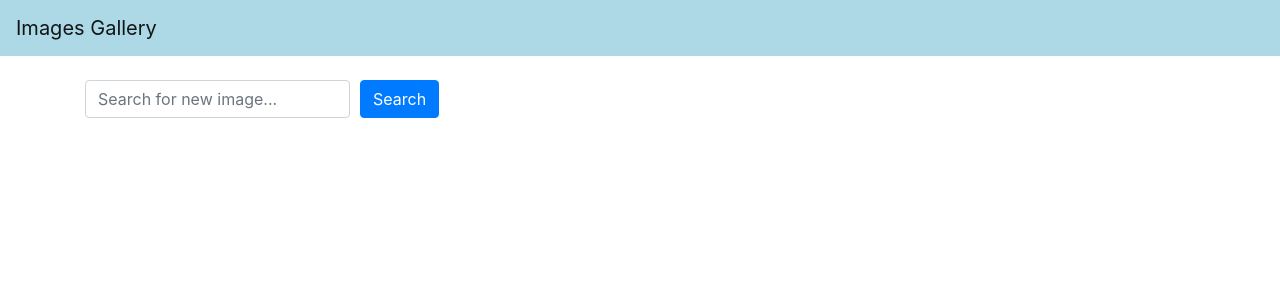
Repository: Zolds403/images-gallery
Page: / (app in frontend/)
The author's editor kept a copy of each file at every save. The page is drawn from the files as they stood at one save, then again after the next save.
The browser window is 1280 px wide. The pictures show the whole page.
The project was rebuilt for these pictures with package versions that can differ from the ones it lists, and the page was loaded fresh each time.

Above is the page before, as saved 2021-06-03 18:45:20.

### frontend/src/index.js
//jshint esversion: 8
import React from 'react';
import ReactDOM from 'react-dom';
import './css/index.css';
import App from './App';
ReactDOM.render(
  <React.StrictMode>
    <App />
  </React.StrictMode>,
  document.getElementById('root')
);

### frontend/src/App.js
//jshint esversion: 8
import 'bootstrap/dist/css/bootstrap.min.css';
import Header from './components/Header';
import Search from './components/Search';

function App() {
  return (
    <div className="App">
     <Header title="Images Gallery"/>
     <Search />
    </div>
  );
}

export default App;

### frontend/src/components/Header.js
//jshint esversion: 8
import React from 'react';
import { Navbar } from 'react-bootstrap';

const navBarStyle = {
    backgroundColor: 'lightblue'
}

const Header = (props) => {
    const { title } = props;
    return(
        <Navbar style={navBarStyle} variant="light">
            <Navbar.Brand href="/">{props.title}</Navbar.Brand>
        </Navbar>
    )
};

export default Header;

### frontend/src/components/Search.js
//jshint esversion: 8
import React from 'react';
import { Container, Row, Col, Form, Button } from 'react-bootstrap';

const Search = () => {
    return (
      <Container className="mt-4">
        <Row className="justify-content">
          <Col xs={12} md={8} lg={6}>
            <Form>
              <Form.Row>
                <Col>
                  <Form.Control placeholder="Search for new image..." />
                </Col>
                <Col>
                  <Button variant="primary" type="submit">Search</Button>
                </Col>
              </Form.Row>
            </Form>
          </Col>
        </Row>
      </Container>
    );
};

export default Search;

Loaded but not shown: frontend/public/index.html (common file); frontend/src/css/index.css (common file)

After the next save:
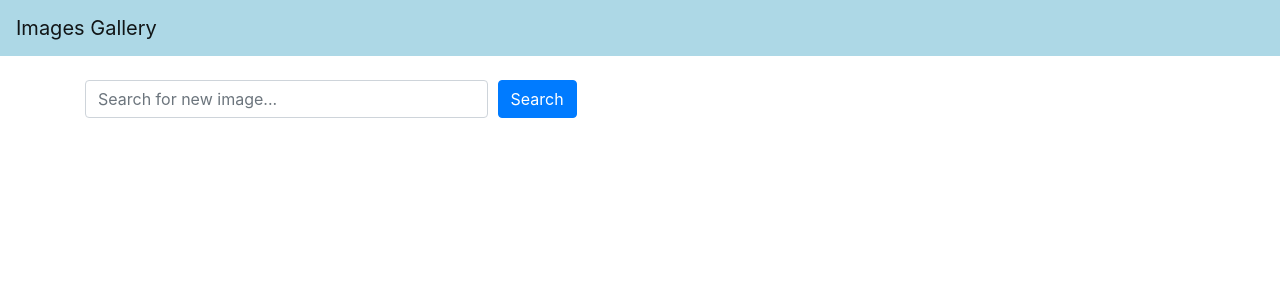
Saved 42 s later.
--- a/frontend/src/components/Search.js
+++ b/frontend/src/components/Search.js
@@ -9,7 +9,7 @@ const Search = () => {
           <Col xs={12} md={8} lg={6}>
             <Form>
               <Form.Row>
-                <Col>
+                <Col xs={9}>
                   <Form.Control placeholder="Search for new image..." />
                 </Col>
                 <Col>
